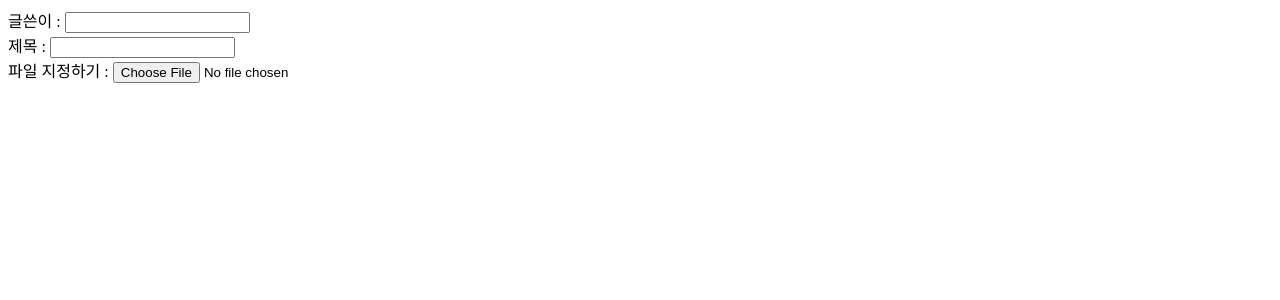
Repository: yerori/Eclipse
Page: http://localhost/ServletGuest/file/upload.jsp
The author's editor kept a copy of each file at every save. The page is drawn from the files as they stood at one save, then again after the next save.
The browser window is 1280 px wide. The pictures show the whole page.
The page is served by Tomcat 9.

Above is the page before, as saved 2020-08-06 05:28:16.

After the next save:
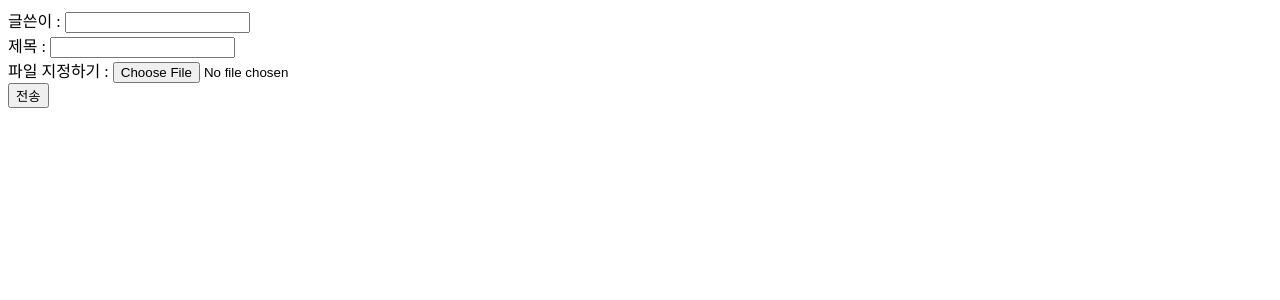
Saved 3 min 1 s later.
--- a/ServletGuest/WebContent/file/upload.jsp
+++ b/ServletGuest/WebContent/file/upload.jsp
@@ -11,6 +11,7 @@
 글쓴이 : <input type="text" name="name"><br>
 제목 : <input type="text" name="title"><br>
 파일 지정하기 : <input type="file" name="uploadFile"><br> <!-- 파일 로드 할 수 있게끔,, -->
+<input type="submit" value="전송">
 </form>
 </body>
 </html>
